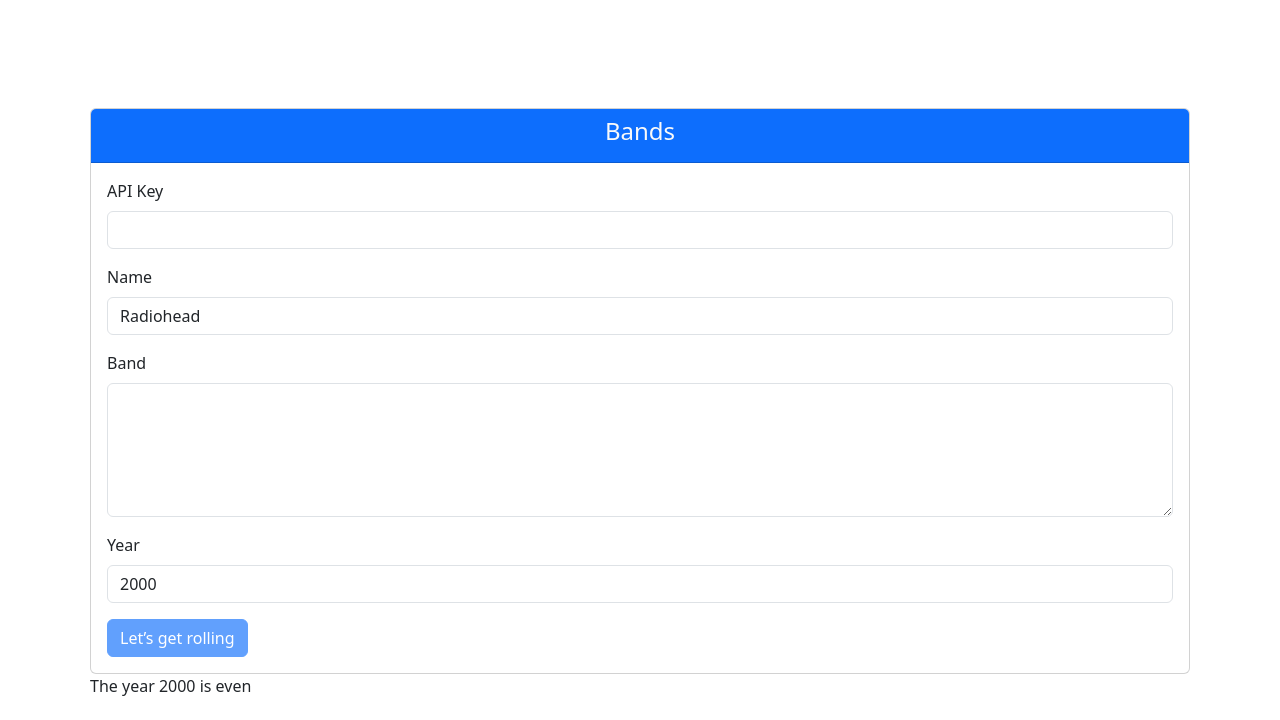
Repository: trider/teza-ai-app
Page: / (app in ng-teza-ai-app/)
An editor plug-in stored every save of this project. The page is shown before and after the next save, followed by the edit.
The browser window is 1280 px wide. The pictures show the whole page.
The project was rebuilt for these pictures with package versions that can differ from the ones it lists, and the page was loaded fresh each time. Also part of the build but not shown: ng-teza-ai-app/angular.json.

Above is the page before, as saved 2025-01-21 09:00:24.

### ng-teza-ai-app/src/index.html
<!doctype html>
<html lang="en">
<head>
  <meta charset="utf-8">
  <title>TezaAiApp</title>
  <base href="/">
  <meta name="viewport" content="width=device-width, initial-scale=1">
  <link rel="icon" type="image/x-icon" href="favicon.ico">
</head>
<body>
  <app-root></app-root>
</body>
</html>

### ng-teza-ai-app/src/app/app.component.ts
import { Component } from '@angular/core';
import { RouterOutlet } from '@angular/router';

@Component({
  selector: 'app-root',
  standalone: true,
  imports: [RouterOutlet],
  templateUrl: './app.component.html',
  styleUrl: './app.component.scss'
})
export class AppComponent {
  title = 'teza-ai-app';
}

### ng-teza-ai-app/src/app/band-lookup/band-lookup.component.ts
import { Component, OnInit } from '@angular/core';
import { FormGroup, FormControl, ReactiveFormsModule } from '@angular/forms';
import { NgbModal, ModalDismissReasons, NgbActiveModal } from '@ng-bootstrap/ng-bootstrap';
import { CommonModule, JsonPipe, DecimalPipe } from '@angular/common';
import { ActivatedRoute, Router } from '@angular/router';
import { HttpService } from '../services/http-service/http-service.service';
// import { GlobalVariables } from 'src/app/common/global-variables';
// import { Users } from '@app/common/data/users';
// import { HttpClientService } from '@app/services/http-service/http-service.service';

@Component({
  selector: 'app-band-lookup',
  standalone: true,
  imports: [
    CommonModule,
    ReactiveFormsModule,
  ],
  providers:[HttpService],
  templateUrl: './band-lookup.component.html',
  styleUrl: './band-lookup.component.scss'
})
export class BandLookupComponent  implements OnInit {
  isDisabled=false
  years:number[]=[1,2,3,4,5]
  stats:string = ''
  completion:any=null
  image:string=''
  qryText:string=''
  theYear:string=''
  bandForm = new FormGroup({
    apiKey: new FormControl(''),
    name: new FormControl('Radiohead'),
    band: new FormControl('Your favorite music band + a few words explaining why you chose them.'),
    year: new FormControl('2000')
  });





  constructor(
    private httpService:HttpService

  ) {
    this.generateYears();
    this.checkOddOrEven()
  }



  generateYears(): void {
    const startYear = 1965;
    const endYear = 2025;
    for (let year = startYear; year <= endYear; year++) {
      this.years.push(year);
    }
  }

  ngOnInit(): void {
    this.qryText = localStorage.getItem('qryTxt')?.toString() || ''
    if(this.qryText !==null){
      this.bandForm.patchValue({
        band:this.qryText
      })
    }
  }

  checkKey(){
    let payloadData = this.bandForm.value
    const keyVal = payloadData.apiKey
    this.isDisabled = false
    if(keyVal!==null && keyVal!== undefined && keyVal.length > 10)this.isDisabled = true
  }

  checkOddOrEven() {
    let payloadData = this.bandForm.value
    let val:any = payloadData.year?.toString()
    let num:number = parseInt(val)
    if (num % 2 === 0) {
      this.theYear = `The year ${val} is even`
    }
    else {
       this.theYear = `The year ${val} is Odd`
    }
  }

  onSubmit(){
   this.generateText()
   this.generateImage()
   this.generateStats()
}

generateText(){
  let payloadData = this.bandForm.value
  const apiKey:any = payloadData.apiKey
  this.qryText = `Provide two paragraphs of text describing what happened during the selected year for the chosen band ${payloadData.name } in year ${payloadData.year } and why I like them ${payloadData.band}`
  localStorage.setItem('qryTxt', this.qryText)
  this.httpService.postServiceData('https://api.openai.com/v1/chat/completions?', apiKey,
    {
      "model": "gpt-4o",
      "messages": [
          {"role": "user", "content":this.qryText }
      ],
  }).subscribe((data: any) => {
    this.completion = JSON.stringify(data.choices[0].message.content)

  })
}

generateImage(){
  let payloadData = this.bandForm.value
  const apiKey:any = payloadData.apiKey
  this.httpService.postServiceData('https://api.openai.com/v1/images/generations?',apiKey,{
    "model": "dall-e-3",
    "prompt": `"${payloadData.name} in ${payloadData.year?.toString()}"`,
    "n": 1,
    "size": "1024x1024"
  }

  ).subscribe((data: any) => {
    this.image = data.data[0].url
  })
}

  generateStats(){
    //
    let payloadData = this.bandForm.value
    const apiKey:any = payloadData.apiKey
    this.httpService.postServiceData('https://api.openai.com/v1/chat/completions?', apiKey,
      {
        "model": "gpt-4o",
        "messages": [
            {"role": "user", "content": `In the following quote tell me how many words start with a capital and how many are followed by a number: "${this.qryText}"`}
        ],
    }).subscribe((data: any) => {
      this.stats = JSON.stringify(data.choices[0].message.content)

    })

  }


}

### ng-teza-ai-app/src/app/band-lookup/band-lookup.component.html
<div class="container">

 <div class="mx-auto p-2" style="margin-top: 100px">
   <div class="card">

     <div class="card-header bg-primary">
       <h4 class="text-light text-center">Bands</h4>
     </div>
     <div class="card-body">
       <form [formGroup]="bandForm" class="form" (ngSubmit)="onSubmit()">
        <div class="mb-3">
          <label class="form-label">API Key</label>
          <input class="form-control" formControlName="apiKey" (input)="checkKey()">
        </div>
         <div class="mb-3">
           <label class="form-label">Name</label>
           <input class="form-control" formControlName="name">
         </div>
         <div class="mb-3">
           <label class="form-label">Band</label>
           <textarea class="form-control" formControlName="band" rows="5">

           </textarea>
         </div>
         <div class="mb-3">
          <label class="form-label">Year</label>
          <select class="form-control" formControlName="year" (input)="checkOddOrEven($event.target)" [value]="">
           <option *ngFor="let year of years; let i = index" [value]="year"  >
             {{ year }}
           </option>
         </select>

         </div>
         <button type="submit" class="btn btn-primary" [disabled]="!isDisabled">Let’s get rolling</button>
      </form>

     </div>


   </div>
   <div *ngIf="completion">{{completion}}</div>
   <div *ngIf="image">
    <img src="{{image}}"/>
  </div>
  <div *ngIf="stats">{{stats}}</div>
  <div *ngIf="theYear">{{theYear}}</div>
 </div>
</div>

### ng-teza-ai-app/src/app/services/http-service/http-service.service.ts
import { Injectable } from '@angular/core';
import { HttpClient, HttpHeaders } from '@angular/common/http';
// import { Optional, Inject } from '@angular/core';



import { Observable } from 'rxjs';
// import { ServicesModuleConfig } from '../services.module';

@Injectable({ providedIn: 'root' })
export class HttpService {


  httpOptions = {
    headers: new HttpHeaders({
       accept: 'application/json',

      })

  };



  constructor(
    private http: HttpClient,

    ) {

     }


  public getServiceData(url: any): Observable<any> {
    return this.http.get<any>(url);
  }

  public postServiceData(url: string, apiKey:string, payload:any): Observable<any> {
    this.httpOptions  = {
      headers: new HttpHeaders({
         accept: 'application/json',
         Authorization:`Bearer ${apiKey}  `

        })

    };
    return this.http.post<any>(url, payload, this.httpOptions);
  }





}

Loaded but not shown: ng-teza-ai-app/src/styles.scss (common file); ng-teza-ai-app/src/main.ts (common file); ng-teza-ai-app/src/app/app.config.ts (common file); ng-teza-ai-app/src/app/app.routes.ts (common file); ng-teza-ai-app/src/app/app.component.html (common file); ng-teza-ai-app/src/app/app.component.scss (no stored copy; drawn as an empty file); ng-teza-ai-app/src/app/band-lookup/band-lookup.component.scss (no stored copy; drawn as an empty file)

After the next save:
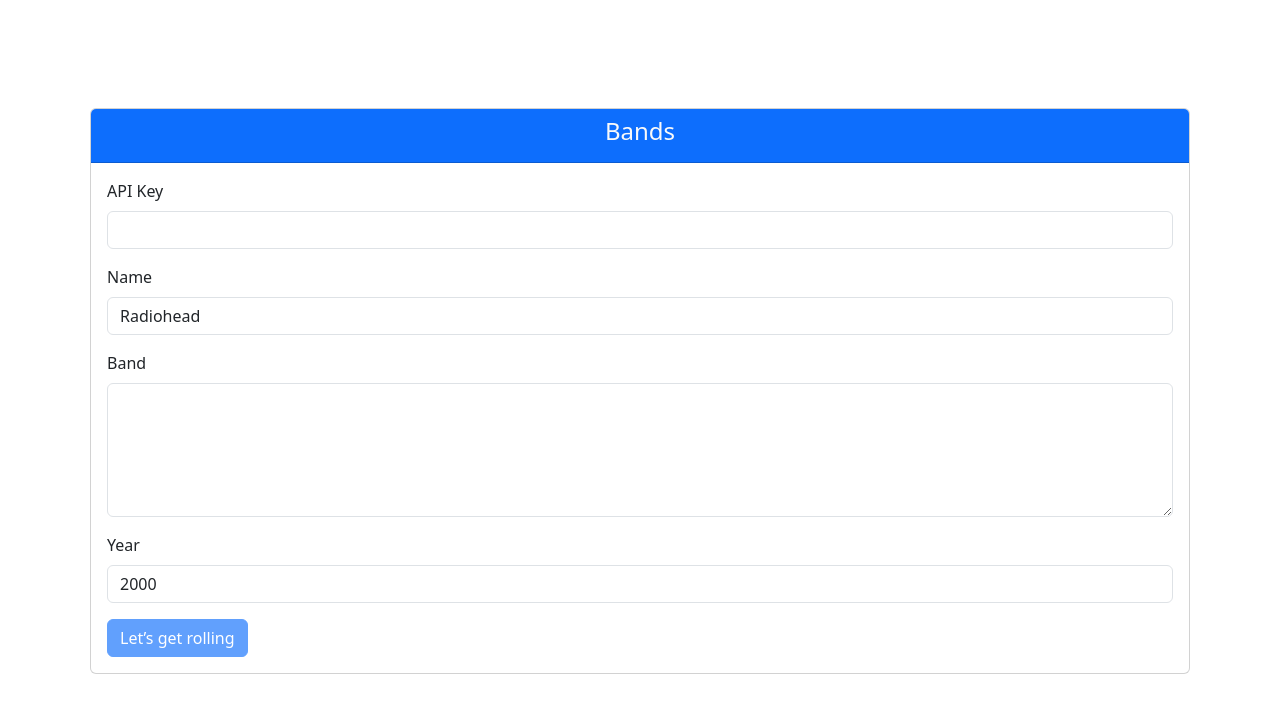
Saved 17 s later.
--- a/ng-teza-ai-app/src/app/band-lookup/band-lookup.component.ts
+++ b/ng-teza-ai-app/src/app/band-lookup/band-lookup.component.ts
@@ -43,7 +43,7 @@
 
   ) {
     this.generateYears();
-    this.checkOddOrEven()
+    // this.checkOddOrEven()
   }
 
 

After the 5 saves that followed:
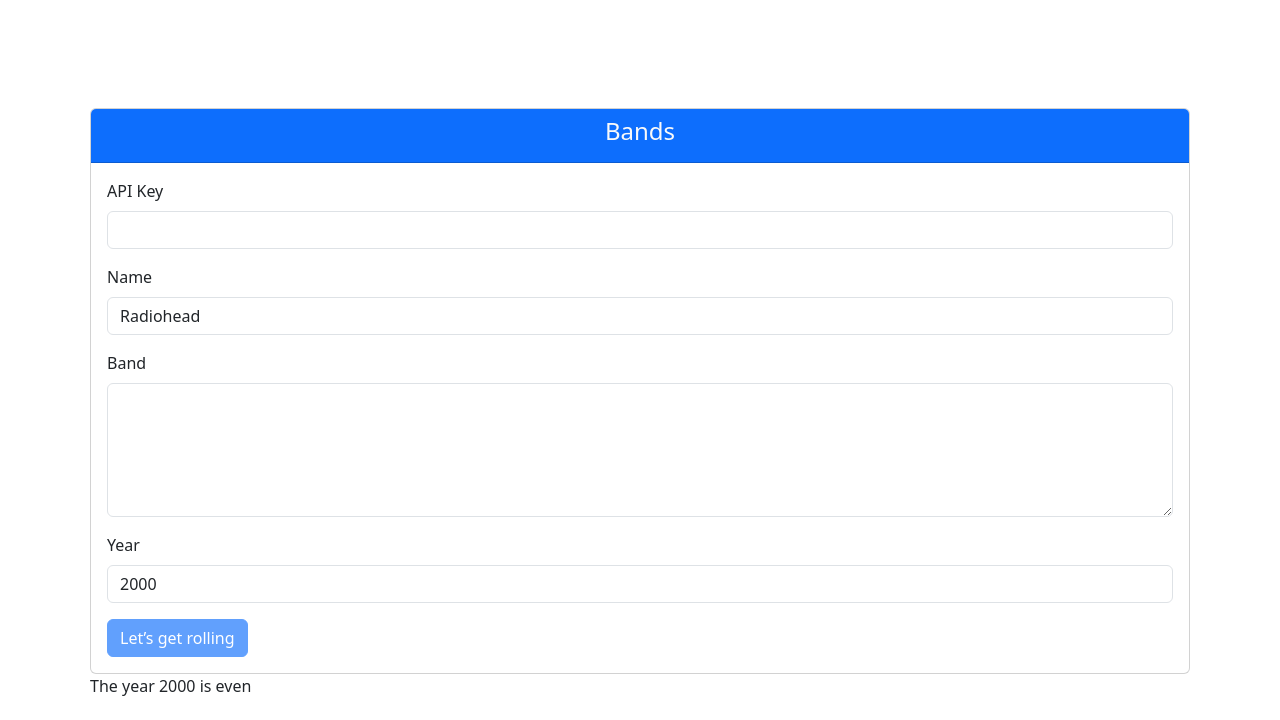
The 5 saves are shown as one change because 4 left the picture as it was.
The last was saved 84 s later.
--- a/ng-teza-ai-app/src/app/band-lookup/band-lookup.component.ts
+++ b/ng-teza-ai-app/src/app/band-lookup/band-lookup.component.ts
@@ -43,7 +43,7 @@
 
   ) {
     this.generateYears();
-    // this.checkOddOrEven()
+    this.checkOddOrEven()
   }
 
 
--- a/ng-teza-ai-app/src/app/band-lookup/band-lookup.component.html
+++ b/ng-teza-ai-app/src/app/band-lookup/band-lookup.component.html
@@ -24,7 +24,7 @@
          </div>
          <div class="mb-3">
           <label class="form-label">Year</label>
-          <select class="form-control" formControlName="year" (input)="checkOddOrEven($event.target)" [value]="">
+          <select class="form-control" formControlName="year" (input)="checkOddOrEven()">
            <option *ngFor="let year of years; let i = index" [value]="year"  >
              {{ year }}
            </option>
